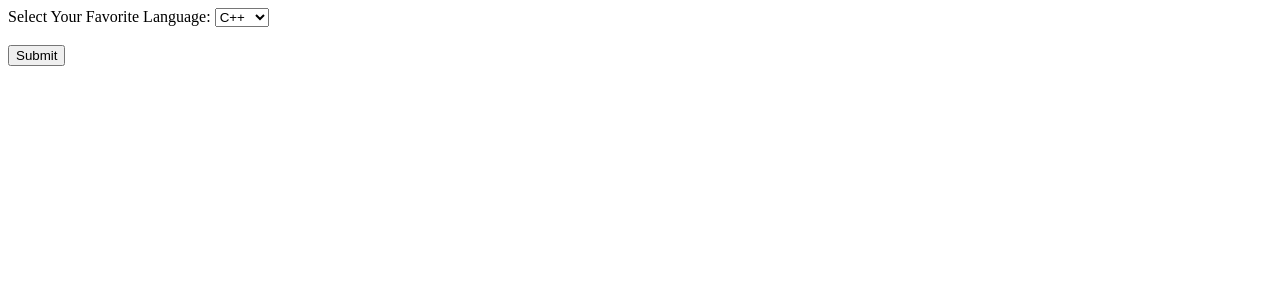
Repository: souptikmaiti/j2ee-practice
Page: jspdemo/WebContent/cookies-personalize-form.html
These files come from the project's save history. The page is drawn as it stood at one moment and after the next save; the edit follows.
The browser window is 1280 px wide. The pictures show the whole page.

Above is the page before, as saved 2021-01-09 13:07:54.

After the next save:
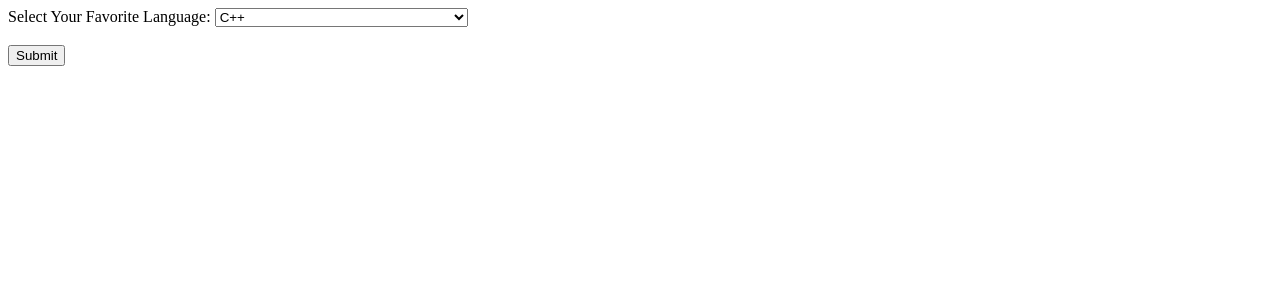
Saved 64 s later.
--- a/jspdemo/WebContent/cookies-personalize-form.html
+++ b/jspdemo/WebContent/cookies-personalize-form.html
@@ -14,6 +14,7 @@ Select Your Favorite Language:
 	<option>Java</option>
 	<option>PHP</option>
 	<option>Ruby</option>
+	<option>    Common Business-Oriented Language</option>
 
 </select>
 
